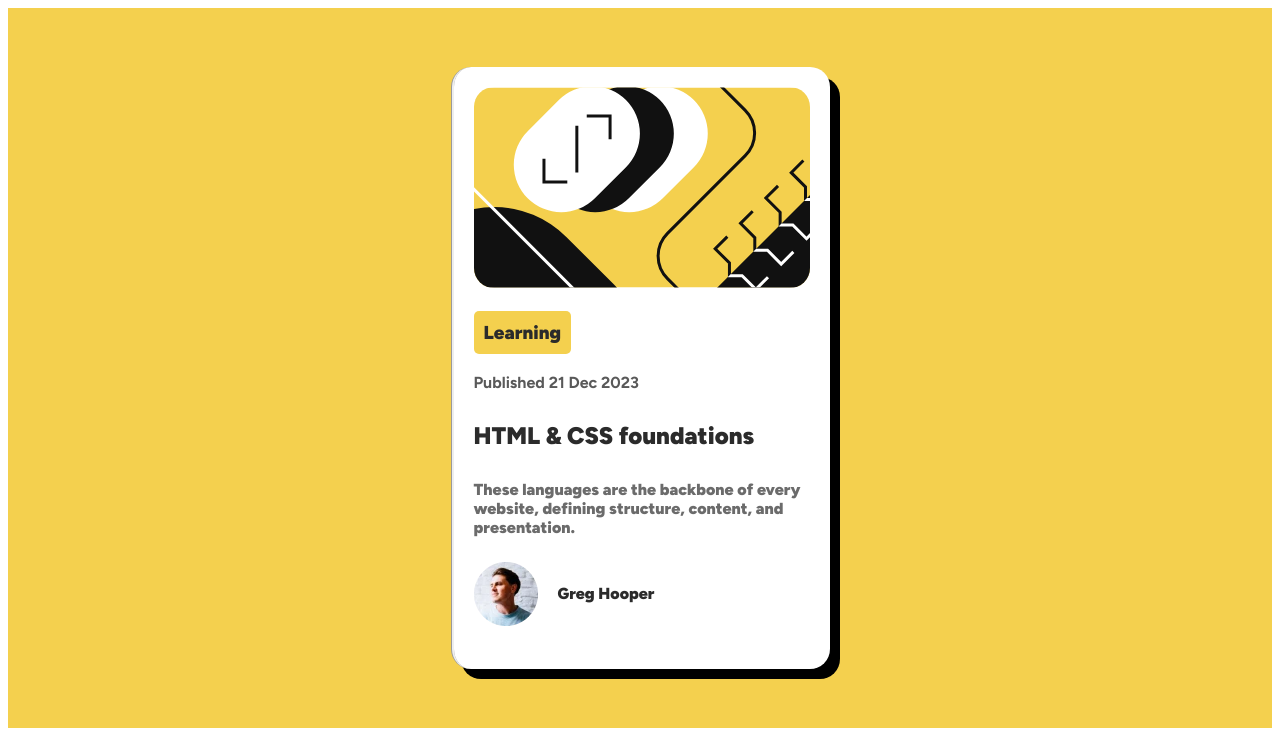
Repository: reemoon-ctrl/blog-preview-card
Page: index.html
These files come from the project's save history. The page is drawn as it stood at one moment and after the next save; the edit follows.
The browser window is 1280 px wide. The pictures show the whole page.

Above is the page before, as saved 2024-07-19 15:33:00.

After the next save:
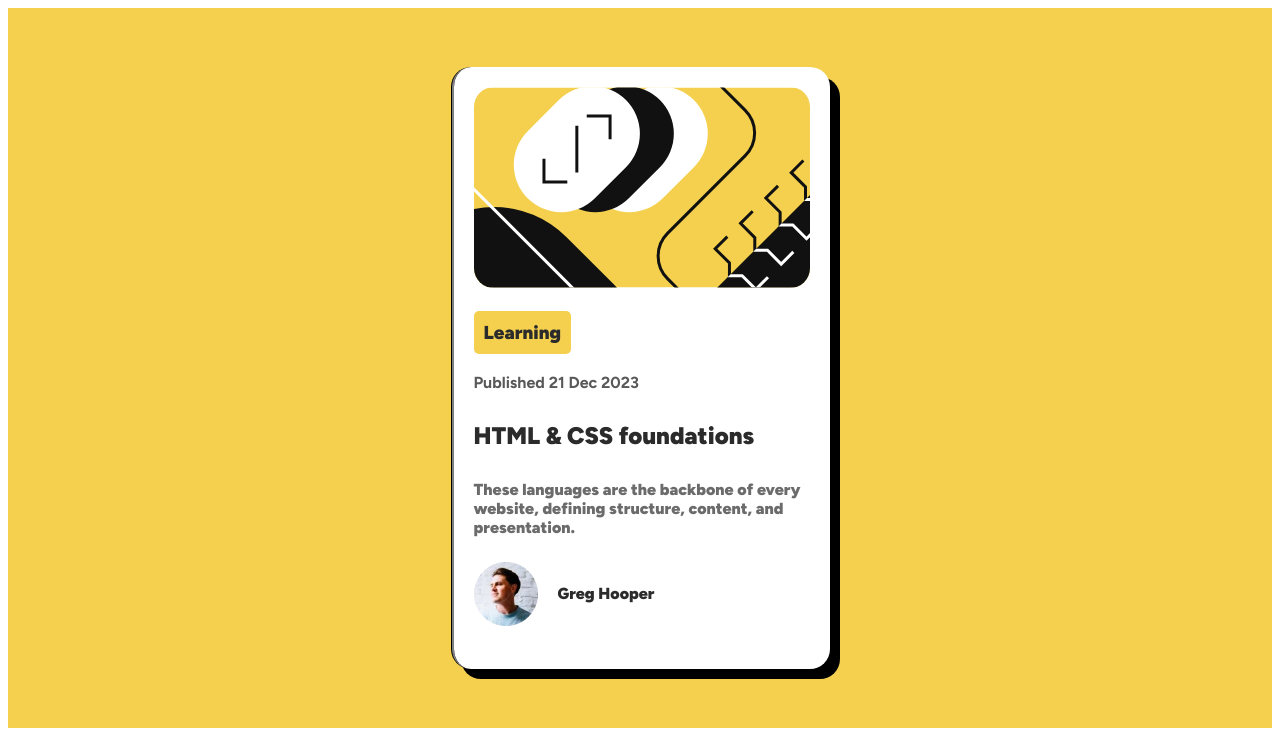
Saved 5 s later.
--- a/index.css
+++ b/index.css
@@ -13,7 +13,7 @@
     padding: 20px 20px 20px 20px;
     border-left-style: groove;
     /* border-left-color: hsl(0, 0%, 17%); */
-    border--color:hsl(0, 0%, 17%) ;
+    border-left-color:hsl(0, 0%, 17%) ;
     border-radius: 20px;
     flex-basis: 350px;
     box-shadow:10px 10px;
